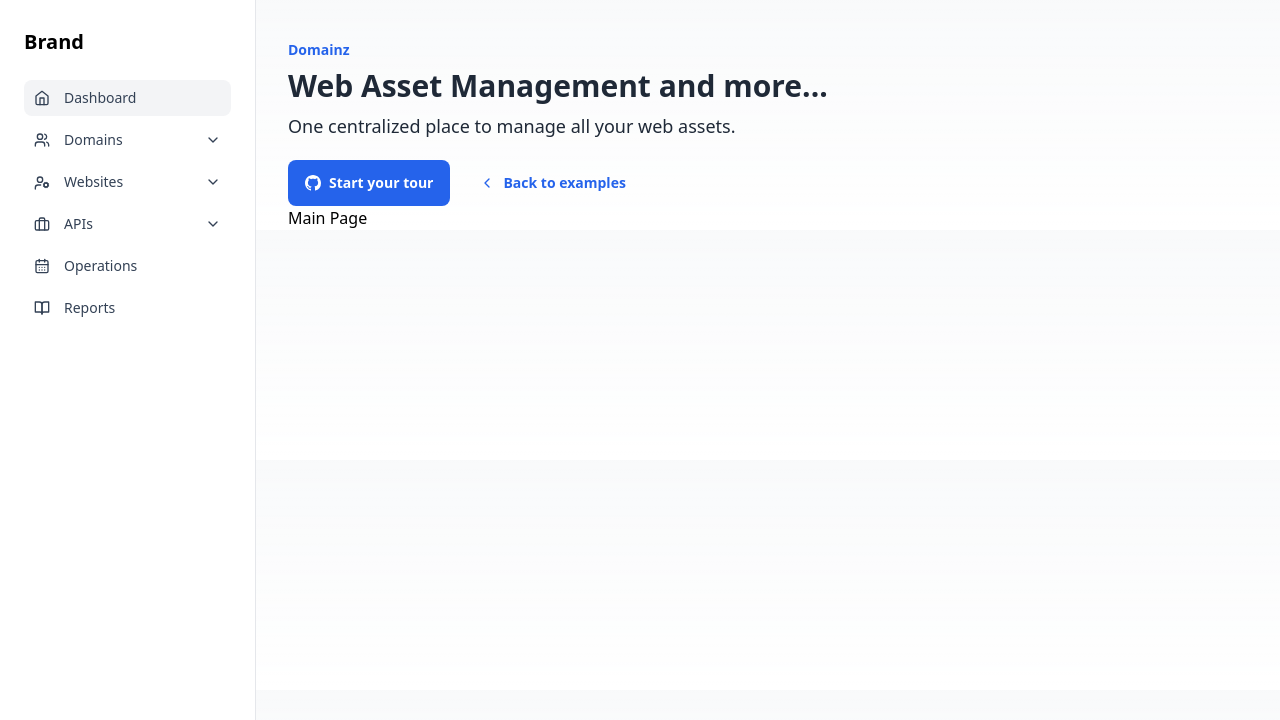
Repository: prodigytutor/my-app
Page: /
The author's editor kept a copy of each file at every save. The page is drawn from the files as they stood at one save, then again after the next save.
The browser window is 1280 px wide. The pictures show the whole page.
The project was rebuilt for these pictures with package versions that can differ from the ones it lists, and the page was loaded fresh each time. The framework's server and built-in components were replaced by stand-ins that run in the browser. Also part of the build but not shown: next.config.js.

Above is the page before, as saved 2023-12-07 14:44:30.

### src/app/layout.tsx
import type { Metadata } from 'next'
import { Inter } from 'next/font/google'
import './globals.css'
import Header from '../components/Header.tsx'

const inter = Inter({ subsets: ['latin'] })

export const metadata: Metadata = {
  title: 'Create Next App',
  description: 'Generated by create next app',
}

export default function RootLayout({
  children,
}: {
  children: React.ReactNode
}) {
  return (
    <html lang="en">
      <body className="bg-gray-50 dark:bg-slate-900 {inter.className}">

  <div className="sticky top-0 inset-x-0 z-20 bg-white border-y px-4 sm:px-6 md:px-8 lg:hidden dark:bg-gray-800 dark:border-gray-700">
    <div className="flex items-center py-4">

      <button type="button" className="text-gray-500 hover:text-gray-600" data-hs-overlay="#application-sidebar" aria-controls="application-sidebar" aria-label="Toggle navigation">
        <span className="sr-only">Toggle Navigation</span>
        <svg className="w-5 h-5" width="16" height="16" fill="currentColor" viewBox="0 0 16 16">
          <path fill-rule="evenodd" d="M2.5 12a.5.5 0 0 1 .5-.5h10a.5.5 0 0 1 0 1H3a.5.5 0 0 1-.5-.5zm0-4a.5.5 0 0 1 .5-.5h10a.5.5 0 0 1 0 1H3a.5.5 0 0 1-.5-.5zm0-4a.5.5 0 0 1 .5-.5h10a.5.5 0 0 1 0 1H3a.5.5 0 0 1-.5-.5z"/>
        </svg>
      </button>

      <ol className="ms-3 flex items-center whitespace-nowrap" aria-label="Breadcrumb">
        <li className="flex items-center text-sm text-gray-800 dark:text-gray-400">
          Application Layout
          <svg className="flex-shrink-0 mx-3 overflow-visible h-2.5 w-2.5 text-gray-400 dark:text-gray-600" width="16" height="16" viewBox="0 0 16 16" fill="none" xmlns="http://www.w3.org/2000/svg">
            <path d="M5 1L10.6869 7.16086C10.8637 7.35239 10.8637 7.64761 10.6869 7.83914L5 14" stroke="currentColor" stroke-width="2" stroke-linecap="round"/>
          </svg>
        </li>
        <li className="text-sm font-semibold text-gray-800 truncate dark:text-gray-400" aria-current="page">
          Dashboard
        </li>
      </ol>
    </div>
  </div>


  <div id="application-sidebar" className="hs-overlay hs-overlay-open:translate-x-0 -translate-x-full transition-all duration-300 transform hidden fixed top-0 start-0 bottom-0 z-[60] w-64 bg-white border-e border-gray-200 pt-7 pb-10 overflow-y-auto lg:block lg:translate-x-0 lg:end-auto lg:bottom-0 [&::-webkit-scrollbar]:w-2 [&::-webkit-scrollbar-thumb]:rounded-full [&::-webkit-scrollbar-track]:bg-gray-100 [&::-webkit-scrollbar-thumb]:bg-gray-300 dark:[&::-webkit-scrollbar-track]:bg-slate-700 dark:[&::-webkit-scrollbar-thumb]:bg-slate-500 dark:bg-gray-800 dark:border-gray-700">
    <div className="px-6">
      <a className="flex-none text-xl font-semibold dark:text-white" href="#" aria-label="Brand">Brand</a>
    </div>

    <nav className="hs-accordion-group p-6 w-full flex flex-col flex-wrap" data-hs-accordion-always-open>
      <ul className="space-y-1.5">
        <li>
          <a className="flex items-center gap-x-3.5 py-2 px-2.5 bg-gray-100 text-sm text-slate-700 rounded-lg hover:bg-gray-100 dark:bg-gray-900 dark:text-white dark:focus:outline-none dark:focus:ring-1 dark:focus:ring-gray-600" href="#">
            <svg className="flex-shrink-0 w-4 h-4" xmlns="http://www.w3.org/2000/svg" width="24" height="24" viewBox="0 0 24 24" fill="none" stroke="currentColor" stroke-width="2" stroke-linecap="round" stroke-linejoin="round" ><path d="m3 9 9-7 9 7v11a2 2 0 0 1-2 2H5a2 2 0 0 1-2-2z"/><polyline points="9 22 9 12 15 12 15 22"/></svg>
            Dashboard
          </a>
        </li>

        <li className="hs-accordion" id="users-accordion">
          <button type="button" className="hs-accordion-toggle w-full text-start flex items-center gap-x-3.5 py-2 px-2.5 hs-accordion-active:text-blue-600 hs-accordion-active:hover:bg-transparent text-sm text-slate-700 rounded-lg hover:bg-gray-100 dark:bg-gray-800 dark:hover:bg-gray-900 dark:text-slate-400 dark:hover:text-slate-300 dark:hs-accordion-active:text-white dark:focus:outline-none dark:focus:ring-1 dark:focus:ring-gray-600">
            <svg className="flex-shrink-0 w-4 h-4" xmlns="http://www.w3.org/2000/svg" width="24" height="24" viewBox="0 0 24 24" fill="none" stroke="currentColor" stroke-width="2" stroke-linecap="round" stroke-linejoin="round" ><path d="M16 21v-2a4 4 0 0 0-4-4H6a4 4 0 0 0-4 4v2"/><circle cx="9" cy="7" r="4"/><path d="M22 21v-2a4 4 0 0 0-3-3.87"/><path d="M16 3.13a4 4 0 0 1 0 7.75"/></svg>
            Domains

            <svg className="hs-accordion-active:block ms-auto hidden w-4 h-4" xmlns="http://www.w3.org/2000/svg" width="24" height="24" viewBox="0 0 24 24" fill="none" stroke="currentColor" stroke-width="2" stroke-linecap="round" stroke-linejoin="round"><path d="m18 15-6-6-6 6"/></svg>

            <svg className="hs-accordion-active:hidden ms-auto block w-4 h-4" xmlns="http://www.w3.org/2000/svg" width="24" height="24" viewBox="0 0 24 24" fill="none" stroke="currentColor" stroke-width="2" stroke-linecap="round" stroke-linejoin="round"><path d="m6 9 6 6 6-6"/></svg>
          </button>

          <div id="users-accordion-sub" className="hs-accordion-content w-full overflow-hidden transition-[height] duration-300 hidden">
            <ul className="hs-accordion-group ps-3 pt-2" data-hs-accordion-always-open>
              <li className="hs-accordion" id="users-accordion-sub-1">
                <button type="button" className="hs-accordion-toggle w-full text-start flex items-center gap-x-3.5 py-2 px-2.5 hs-accordion-active:text-blue-600 hs-accordion-active:hover:bg-transparent text-sm text-slate-700 rounded-lg hover:bg-gray-100 dark:bg-gray-800 dark:hover:bg-gray-900 dark:text-slate-400 dark:hover:text-slate-300 dark:hs-accordion-active:text-white dark:focus:outline-none dark:focus:ring-1 dark:focus:ring-gray-600">
                  Add New

                  <svg className="hs-accordion-active:block ms-auto hidden w-4 h-4" xmlns="http://www.w3.org/2000/svg" width="24" height="24" viewBox="0 0 24 24" fill="none" stroke="currentColor" stroke-width="2" stroke-linecap="round" stroke-linejoin="round"><path d="m18 15-6-6-6 6"/></svg>

                  <svg className="hs-accordion-active:hidden ms-auto block w-4 h-4" xmlns="http://www.w3.org/2000/svg" width="24" height="24" viewBox="0 0 24 24" fill="none" stroke="currentColor" stroke-width="2" stroke-linecap="round" stroke-linejoin="round"><path d="m6 9 6 6 6-6"/></svg>
                </button>

                <div id="users-accordion-sub-1-child" className="hs-accordion-content w-full overflow-hidden transition-[height] duration-300 hidden">
                  <ul className="pt-2 ps-2">
                    <li>
                      <a className="flex items-center gap-x-3.5 py-2 px-2.5 text-sm text-slate-700 rounded-lg hover:bg-gray-100 dark:bg-gray-800 dark:text-slate-400 dark:hover:text-slate-300 dark:focus:outline-none dark:focus:ring-1 dark:focus:ring-gray-600" href="#">
                        Link 1
                      </a>
                    </li>
                    <li>
                      <a className="flex items-center gap-x-3.5 py-2 px-2.5 text-sm text-slate-700 rounded-lg hover:bg-gray-100 dark:bg-gray-800 dark:text-slate-400 dark:hover:text-slate-300 dark:focus:outline-none dark:focus:ring-1 dark:focus:ring-gray-600" href="#">
                        Link 2
                      </a>
                    </li>
                    <li>
                      <a className="flex items-center gap-x-3.5 py-2 px-2.5 text-sm text-slate-700 rounded-lg hover:bg-gray-100 dark:bg-gray-800 dark:text-slate-400 dark:hover:text-slate-300 dark:focus:outline-none dark:focus:ring-1 dark:focus:ring-gray-600" href="#">
                        Link 3
                      </a>
                    </li>
                  </ul>
                </div>
              </li>
              <li className="hs-accordion" id="users-accordion-sub-2">
                <button type="button" className="hs-accordion-toggle w-full text-start flex items-center gap-x-3.5 py-2 px-2.5 hs-accordion-active:text-blue-600 hs-accordion-active:hover:bg-transparent text-sm text-slate-700 rounded-lg hover:bg-gray-100 dark:bg-gray-800 dark:hover:bg-gray-900 dark:text-slate-400 dark:hover:text-slate-300 dark:hs-accordion-active:text-white dark:focus:outline-none dark:focus:ring-1 dark:focus:ring-gray-600">
                  Tools

                  <svg className="hs-accordion-active:block ms-auto hidden w-4 h-4" xmlns="http://www.w3.org/2000/svg" width="24" height="24" viewBox="0 0 24 24" fill="none" stroke="currentColor" stroke-width="2" stroke-linecap="round" stroke-linejoin="round"><path d="m18 15-6-6-6 6"/></svg>

                  <svg className="hs-accordion-active:hidden ms-auto block w-4 h-4" xmlns="http://www.w3.org/2000/svg" width="24" height="24" viewBox="0 0 24 24" fill="none" stroke="currentColor" stroke-width="2" stroke-linecap="round" stroke-linejoin="round"><path d="m6 9 6 6 6-6"/></svg>
                </button>

                <div id="users-accordion-sub-2-child" className="hs-accordion-content w-full overflow-hidden transition-[height] duration-300 hidden ps-2">
                  <ul className="pt-2 ps-2">
                    <li>
                      <a className="flex items-center gap-x-3.5 py-2 px-2.5 text-sm text-slate-700 rounded-lg hover:bg-gray-100 dark:bg-gray-800 dark:text-slate-400 dark:hover:text-slate-300 dark:focus:outline-none dark:focus:ring-1 dark:focus:ring-gray-600" href="#">
                        Link 1
                      </a>
                    </li>
                    <li>
                      <a className="flex items-center gap-x-3.5 py-2 px-2.5 text-sm text-slate-700 rounded-lg hover:bg-gray-100 dark:bg-gray-800 dark:text-slate-400 dark:hover:text-slate-300 dark:focus:outline-none dark:focus:ring-1 dark:focus:ring-gray-600" href="#">
                        Link 2
                      </a>
                    </li>
                    <li>
                      <a className="flex items-center gap-x-3.5 py-2 px-2.5 text-sm text-slate-700 rounded-lg hover:bg-gray-100 dark:bg-gray-800 dark:text-slate-400 dark:hover:text-slate-300 dark:focus:outline-none dark:focus:ring-1 dark:focus:ring-gray-600" href="#">
                        Link 3
                      </a>
                    </li>
                  </ul>
                </div>
              </li>
            </ul>
          </div>
        </li>

        <li className="hs-accordion" id="account-accordion">
          <button type="button" className="hs-accordion-toggle w-full text-start flex items-center gap-x-3.5 py-2 px-2.5 hs-accordion-active:text-blue-600 hs-accordion-active:hover:bg-transparent text-sm text-slate-700 rounded-lg hover:bg-gray-100 dark:bg-gray-800 dark:hover:bg-gray-900 dark:text-slate-400 dark:hover:text-slate-300 dark:hs-accordion-active:text-white dark:focus:outline-none dark:focus:ring-1 dark:focus:ring-gray-600">
            <svg className="flex-shrink-0 mt-0.5 w-4 h-4" xmlns="http://www.w3.org/2000/svg" width="24" height="24" viewBox="0 0 24 24" fill="none" stroke="currentColor" stroke-width="2" stroke-linecap="round" stroke-linejoin="round"><circle cx="18" cy="15" r="3"/><circle cx="9" cy="7" r="4"/><path d="M10 15H6a4 4 0 0 0-4 4v2"/><path d="m21.7 16.4-.9-.3"/><path d="m15.2 13.9-.9-.3"/><path d="m16.6 18.7.3-.9"/><path d="m19.1 12.2.3-.9"/><path d="m19.6 18.7-.4-1"/><path d="m16.8 12.3-.4-1"/><path d="m14.3 16.6 1-.4"/><path d="m20.7 13.8 1-.4"/></svg>
            Websites

            <svg className="hs-accordion-active:block ms-auto hidden w-4 h-4" xmlns="http://www.w3.org/2000/svg" width="24" height="24" viewBox="0 0 24 24" fill="none" stroke="currentColor" stroke-width="2" stroke-linecap="round" stroke-linejoin="round"><path d="m18 15-6-6-6 6"/></svg>

            <svg className="hs-accordion-active:hidden ms-auto block w-4 h-4" xmlns="http://www.w3.org/2000/svg" width="24" height="24" viewBox="0 0 24 24" fill="none" stroke="currentColor" stroke-width="2" stroke-linecap="round" stroke-linejoin="round"><path d="m6 9 6 6 6-6"/></svg>
          </button>

          <div id="account-accordion-sub" className="hs-accordion-content w-full overflow-hidden transition-[height] duration-300 hidden">
            <ul className="pt-2 ps-2">
              <li>
                <a className="flex items-center gap-x-3.5 py-2 px-2.5 text-sm text-slate-700 rounded-lg hover:bg-gray-100 dark:bg-gray-800 dark:text-slate-400 dark:hover:text-slate-300 dark:focus:outline-none dark:focus:ring-1 dark:focus:ring-gray-600" href="#">
                  Link 1
                </a>
              </li>
              <li>
                <a className="flex items-center gap-x-3.5 py-2 px-2.5 text-sm text-slate-700 rounded-lg hover:bg-gray-100 dark:bg-gray-800 dark:text-slate-400 dark:hover:text-slate-300 dark:focus:outline-none dark:focus:ring-1 dark:focus:ring-gray-600" href="#">
                  Link 2
                </a>
              </li>
              <li>
                <a className="flex items-center gap-x-3.5 py-2 px-2.5 text-sm text-slate-700 rounded-lg hover:bg-gray-100 dark:bg-gray-800 dark:text-slate-400 dark:hover:text-slate-300 dark:focus:outline-none dark:focus:ring-1 dark:focus:ring-gray-600" href="#">
                  Link 3
                </a>
              </li>
            </ul>
          </div>
        </li>

        <li className="hs-accordion" id="projects-accordion">
          <button type="button" className="hs-accordion-toggle w-full text-start flex items-center gap-x-3.5 py-2 px-2.5 hs-accordion-active:text-blue-600 hs-accordion-active:hover:bg-transparent text-sm text-slate-700 rounded-lg hover:bg-gray-100 dark:bg-gray-800 dark:hover:bg-gray-900 dark:text-slate-400 dark:hover:text-slate-300 dark:hs-accordion-active:text-white dark:focus:outline-none dark:focus:ring-1 dark:focus:ring-gray-600">
            <svg className="flex-shrink-0 w-4 h-4" xmlns="http://www.w3.org/2000/svg" width="24" height="24" viewBox="0 0 24 24" fill="none" stroke="currentColor" stroke-width="2" stroke-linecap="round" stroke-linejoin="round"><rect width="20" height="14" x="2" y="7" rx="2" ry="2"/><path d="M16 21V5a2 2 0 0 0-2-2h-4a2 2 0 0 0-2 2v16"/></svg>
            APIs

            <svg className="hs-accordion-active:block ms-auto hidden w-4 h-4" xmlns="http://www.w3.org/2000/svg" width="24" height="24" viewBox="0 0 24 24" fill="none" stroke="currentColor" stroke-width="2" stroke-linecap="round" stroke-linejoin="round"><path d="m18 15-6-6-6 6"/></svg>

            <svg className="hs-accordion-active:hidden ms-auto block w-4 h-4" xmlns="http://www.w3.org/2000/svg" width="24" height="24" viewBox="0 0 24 24" fill="none" stroke="currentColor" stroke-width="2" stroke-linecap="round" stroke-linejoin="round"><path d="m6 9 6 6 6-6"/></svg>
          </button>

          <div id="projects-accordion-sub" className="hs-accordion-content w-full overflow-hidden transition-[height] duration-300 hidden">
            <ul className="pt-2 ps-2">
              <li>
                <a className="flex items-center gap-x-3.5 py-2 px-2.5 text-sm text-slate-700 rounded-lg hover:bg-gray-100 dark:bg-gray-800 dark:text-slate-400 dark:hover:text-slate-300 dark:focus:outline-none dark:focus:ring-1 dark:focus:ring-gray-600" href="#">
                  Link 1
                </a>
              </li>
              <li>
                <a className="flex items-center gap-x-3.5 py-2 px-2.5 text-sm text-slate-700 rounded-lg hover:bg-gray-100 dark:bg-gray-800 dark:text-slate-400 dark:hover:text-slate-300 dark:focus:outline-none dark:focus:ring-1 dark:focus:ring-gray-600" href="#">
                  Link 2
                </a>
              </li>
              <li>
                <a className="flex items-center gap-x-3.5 py-2 px-2.5 text-sm text-slate-700 rounded-lg hover:bg-gray-100 dark:bg-gray-800 dark:text-slate-400 dark:hover:text-slate-300 dark:focus:outline-none dark:focus:ring-1 dark:focus:ring-gray-600" href="#">
                  Link 3
                </a>
              </li>
            </ul>
          </div>
        </li>

        <li><a className="w-full flex items-center gap-x-3.5 py-2 px-2.5 text-sm text-slate-700 rounded-lg hover:bg-gray-100 dark:hover:bg-gray-900 dark:text-slate-400 dark:hover:text-slate-300 dark:focus:outline-none dark:focus:ring-1 dark:focus:ring-gray-600" href="#">
          <svg className="flex-shrink-0 w-4 h-4" xmlns="http://www.w3.org/2000/svg" width="24" height="24" viewBox="0 0 24 24" fill="none" stroke="currentColor" stroke-width="2" stroke-linecap="round" stroke-linejoin="round"><rect width="18" height="18" x="3" y="4" rx="2" ry="2"/><line x1="16" x2="16" y1="2" y2="6"/><line x1="8" x2="8" y1="2" y2="6"/><line x1="3" x2="21" y1="10" y2="10"/><path d="M8 14h.01"/><path d="M12 14h.01"/><path d="M16 14h.01"/><path d="M8 18h.01"/><path d="M12 18h.01"/><path d="M16 18h.01"/></svg>
          Operations
        </a></li>
        <li><a className="w-full flex items-center gap-x-3.5 py-2 px-2.5 text-sm text-slate-700 rounded-lg hover:bg-gray-100 dark:hover:bg-gray-900 dark:text-slate-400 dark:hover:text-slate-300 dark:focus:outline-none dark:focus:ring-1 dark:focus:ring-gray-600" href="#">
          <svg className="flex-shrink-0 w-4 h-4" xmlns="http://www.w3.org/2000/svg" width="24" height="24" viewBox="0 0 24 24" fill="none" stroke="currentColor" stroke-width="2" stroke-linecap="round" stroke-linejoin="round"><path d="M2 3h6a4 4 0 0 1 4 4v14a3 3 0 0 0-3-3H2z"/><path d="M22 3h-6a4 4 0 0 0-4 4v14a3 3 0 0 1 3-3h7z"/></svg>
          Reports
        </a></li>
      </ul>
    </nav>
  </div>
  <div className="w-full pt-10 px-4 sm:px-6 md:px-8 lg:ps-72">
    <Header />
    {children}
  </div>
  <div>

  </div>
</body>
</html>
  )
}

### src/app/page.tsx
import Image from 'next/image'

export default function Home() {
  return (
    <main>
    <p>Main Page</p>
    </main>
   )
}

### src/components/Header.tsx
import * as React from 'react';

export interface IAppProps {
    title: string,
    body: string
}

const header: React.FC<IAppProps> = () => {
    return (
        <header>
        <p className="mb-2 text-sm font-semibold text-blue-600">Domainz</p>
        <h1 className="block text-2xl font-bold text-gray-800 sm:text-3xl dark:text-white">Web Asset Management and more...</h1>
        <p className="mt-2 text-lg text-gray-800 dark:text-gray-400">One centralized place to manage all your web assets.</p>
        <div className="mt-5 flex flex-col items-center gap-2 sm:flex-row sm:gap-3">
          <a className="w-full sm:w-auto py-3 px-4 inline-flex justify-center items-center gap-x-2 text-sm font-semibold rounded-lg border border-transparent bg-blue-600 text-white hover:bg-blue-700 disabled:opacity-50 disabled:pointer-events-none dark:focus:outline-none dark:focus:ring-1 dark:focus:ring-gray-600" href="https://github.com/htmlstreamofficial/preline/tree/main/examples/html" target="_blank">
            <svg className="flex-shrink-0 w-4 h-4" xmlns="http://www.w3.org/2000/svg" width="16" height="16" fill="currentColor" viewBox="0 0 16 16">
              <path d="M8 0C3.58 0 0 3.58 0 8c0 3.54 2.29 6.53 5.47 7.59.4.07.55-.17.55-.38 0-.19-.01-.82-.01-1.49-2.01.37-2.53-.49-2.69-.94-.09-.23-.48-.94-.82-1.13-.28-.15-.68-.52-.01-.53.63-.01 1.08.58 1.23.82.72 1.21 1.87.87 2.33.66.07-.52.28-.87.51-1.07-1.78-.2-3.64-.89-3.64-3.95 0-.87.31-1.59.82-2.15-.08-.2-.36-1.02.08-2.12 0 0 .67-.21 2.2.82.64-.18 1.32-.27 2-.27.68 0 1.36.09 2 .27 1.53-1.04 2.2-.82 2.2-.82.44 1.1.16 1.92.08 2.12.51.56.82 1.27.82 2.15 0 3.07-1.87 3.75-3.65 3.95.29.25.54.73.54 1.48 0 1.07-.01 1.93-.01 2.2 0 .21.15.46.55.38A8.012 8.012 0 0 0 16 8c0-4.42-3.58-8-8-8z"/>
            </svg>
            Start your tour
          </a>
          <a className="w-full sm:w-auto py-3 px-4 inline-flex justify-center items-center gap-x-2 text-sm font-semibold rounded-lg border border-transparent text-blue-600 hover:text-blue-800 disabled:opacity-50 disabled:pointer-events-none dark:text-blue-500 dark:hover:text-blue-400 dark:focus:outline-none dark:focus:ring-1 dark:focus:ring-gray-600" href="../examples.html">
            <svg className="flex-shrink-0 w-4 h-4" xmlns="http://www.w3.org/2000/svg" width="24" height="24" viewBox="0 0 24 24" fill="none" stroke="currentColor" stroke-width="2" stroke-linecap="round" stroke-linejoin="round"><path d="m15 18-6-6 6-6"/></svg>
            Back to examples
          </a>
        </div>
      </header>
    );
  }

export default header;

Loaded but not shown: src/app/globals.css (common file); tailwind.config.ts (common file)

After the next save:
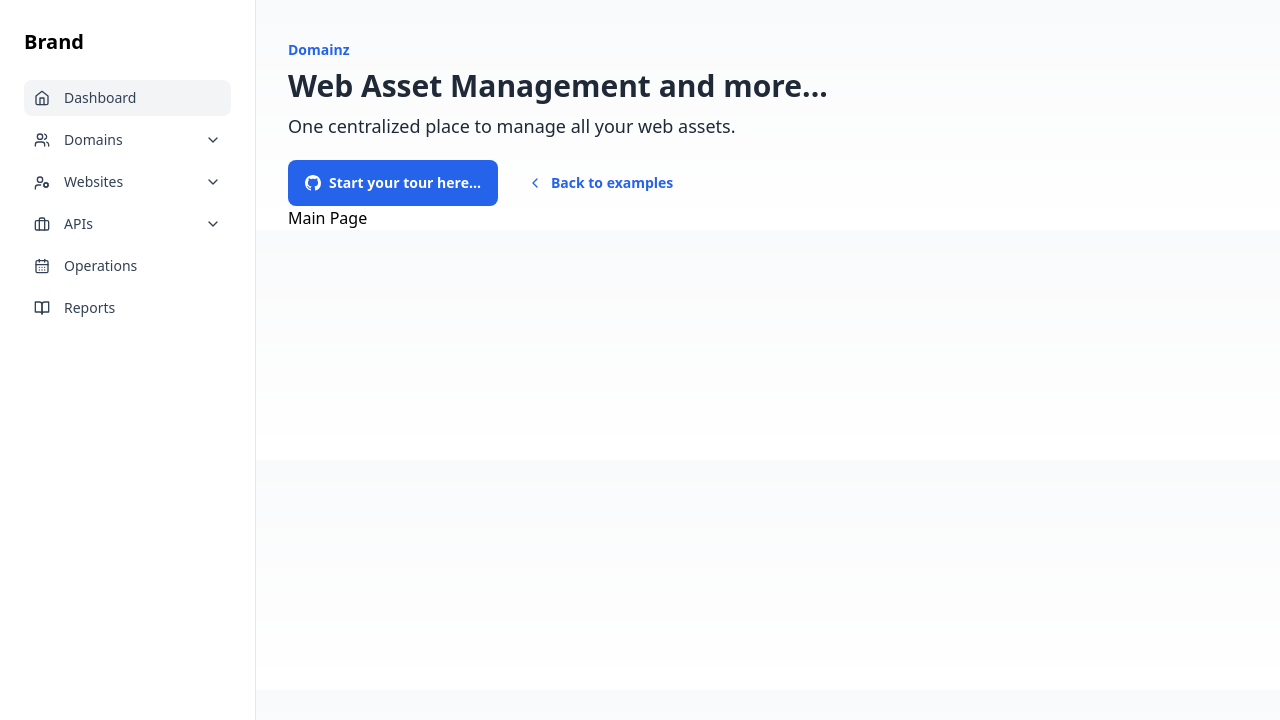
Saved 6 s later.
--- a/src/components/Header.tsx
+++ b/src/components/Header.tsx
@@ -16,7 +16,7 @@ const header: React.FC<IAppProps> = () => {
             <svg className="flex-shrink-0 w-4 h-4" xmlns="http://www.w3.org/2000/svg" width="16" height="16" fill="currentColor" viewBox="0 0 16 16">
               <path d="M8 0C3.58 0 0 3.58 0 8c0 3.54 2.29 6.53 5.47 7.59.4.07.55-.17.55-.38 0-.19-.01-.82-.01-1.49-2.01.37-2.53-.49-2.69-.94-.09-.23-.48-.94-.82-1.13-.28-.15-.68-.52-.01-.53.63-.01 1.08.58 1.23.82.72 1.21 1.87.87 2.33.66.07-.52.28-.87.51-1.07-1.78-.2-3.64-.89-3.64-3.95 0-.87.31-1.59.82-2.15-.08-.2-.36-1.02.08-2.12 0 0 .67-.21 2.2.82.64-.18 1.32-.27 2-.27.68 0 1.36.09 2 .27 1.53-1.04 2.2-.82 2.2-.82.44 1.1.16 1.92.08 2.12.51.56.82 1.27.82 2.15 0 3.07-1.87 3.75-3.65 3.95.29.25.54.73.54 1.48 0 1.07-.01 1.93-.01 2.2 0 .21.15.46.55.38A8.012 8.012 0 0 0 16 8c0-4.42-3.58-8-8-8z"/>
             </svg>
-            Start your tour
+            Start your tour here...
           </a>
           <a className="w-full sm:w-auto py-3 px-4 inline-flex justify-center items-center gap-x-2 text-sm font-semibold rounded-lg border border-transparent text-blue-600 hover:text-blue-800 disabled:opacity-50 disabled:pointer-events-none dark:text-blue-500 dark:hover:text-blue-400 dark:focus:outline-none dark:focus:ring-1 dark:focus:ring-gray-600" href="../examples.html">
             <svg className="flex-shrink-0 w-4 h-4" xmlns="http://www.w3.org/2000/svg" width="24" height="24" viewBox="0 0 24 24" fill="none" stroke="currentColor" stroke-width="2" stroke-linecap="round" stroke-linejoin="round"><path d="m15 18-6-6 6-6"/></svg>
